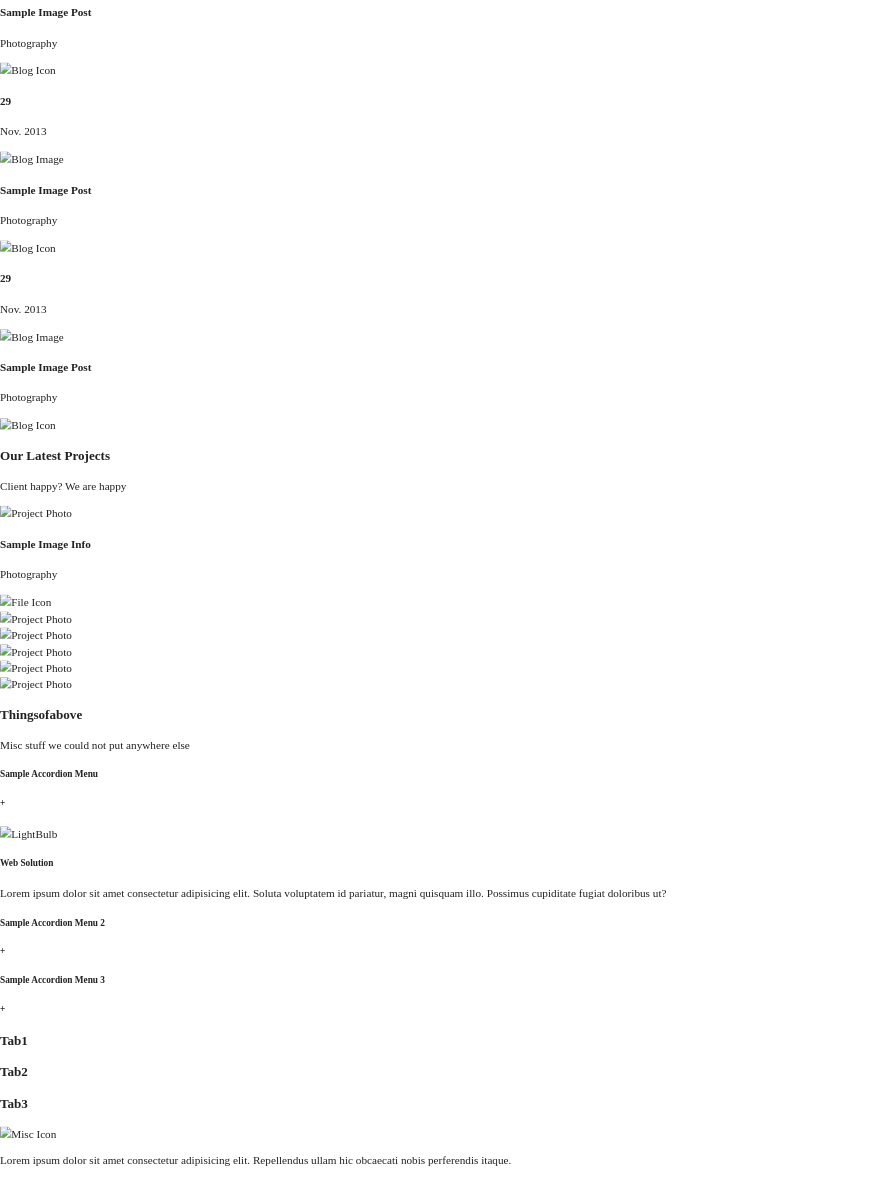
Repository: wilyyy/metrolics
Page: index.html
An editor plug-in stored every save of this project. The page is shown before and after the next save, followed by the edit.
The browser window is 1280 px wide. The pictures show the part of the page from y = 1788 to 3708 px (the page is 3474 px tall before and 3708 px after), at 70% of full size.

Above is the page before, as saved 2021-01-27 00:48:39.

After the next save:
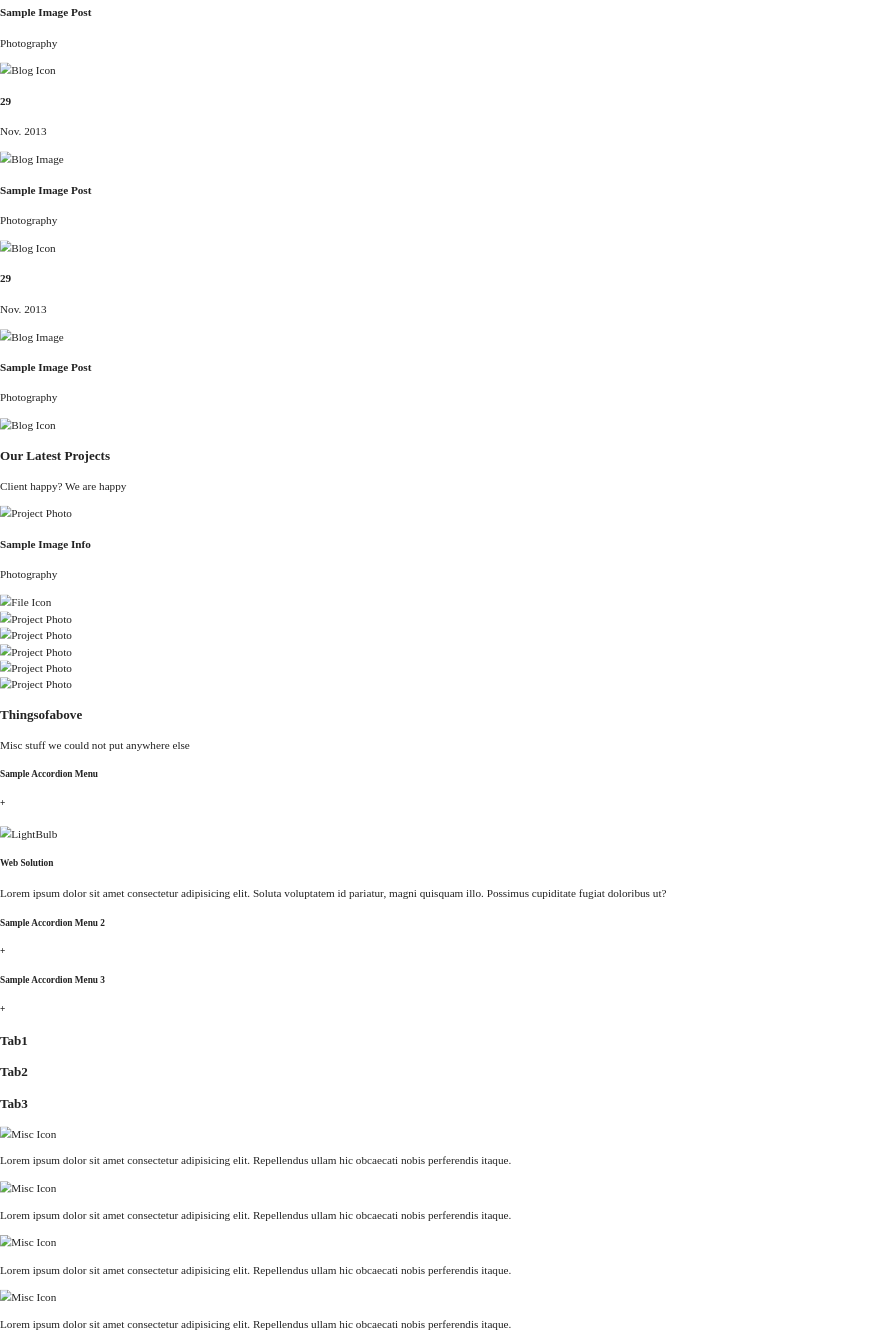
Saved 17 s later.
--- a/index.html
+++ b/index.html
@@ -314,6 +314,18 @@
               <img src="" alt="Misc Icon">
               <p>Lorem ipsum dolor sit amet consectetur adipisicing elit. Repellendus ullam hic obcaecati nobis perferendis itaque.</p>
             </div>
+            <div class="tab-content-row">
+              <img src="" alt="Misc Icon">
+              <p>Lorem ipsum dolor sit amet consectetur adipisicing elit. Repellendus ullam hic obcaecati nobis perferendis itaque.</p>
+            </div>
+            <div class="tab-content-row">
+              <img src="" alt="Misc Icon">
+              <p>Lorem ipsum dolor sit amet consectetur adipisicing elit. Repellendus ullam hic obcaecati nobis perferendis itaque.</p>
+            </div>
+            <div class="tab-content-row">
+              <img src="" alt="Misc Icon">
+              <p>Lorem ipsum dolor sit amet consectetur adipisicing elit. Repellendus ullam hic obcaecati nobis perferendis itaque.</p>
+            </div>
           </div>
         </div>
 
